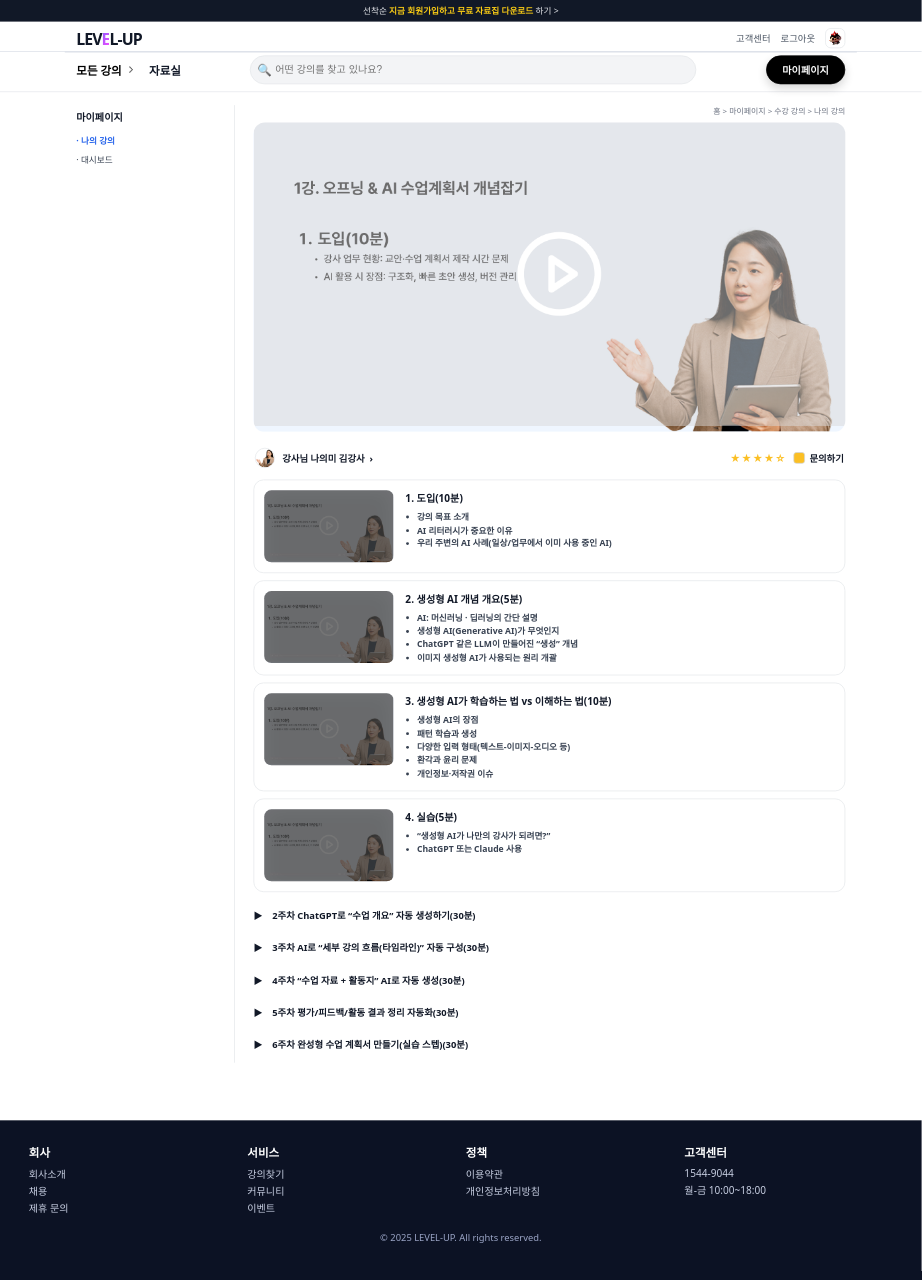
Repository: Iimchaehoon/level_up
Page: my_lecture.html
These files come from the project's save history. The page is drawn as it stood at one moment and after the next save; the edit follows.
The browser window is 1280 px wide. The pictures show the whole page, at 72% of full size.

Above is the page before, as saved 2025-12-16 23:33:31.

After the next save:
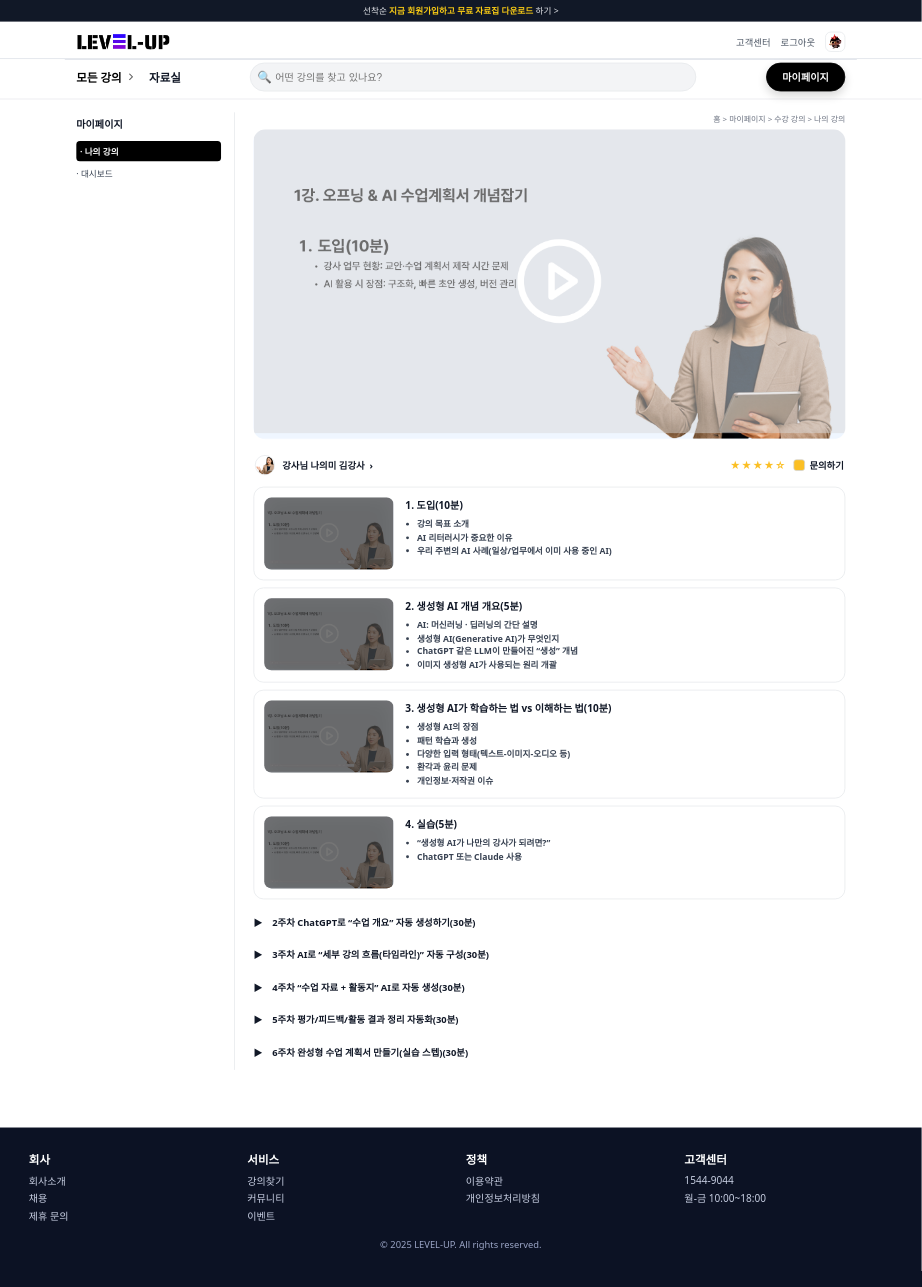
Saved 51 s later.
--- a/my_lecture.html
+++ b/my_lecture.html
@@ -158,7 +158,7 @@
     .side__group h4{ margin:0 0 8px; font-size:12px; font-weight:900; color:var(--black); }
     .side__links{ display:flex; flex-direction:column; gap:8px; font-size:12px; }
     .side__links a{ color:var(--gray-700); cursor:pointer; }
-    .side__links a.active{ color:var(--primary); font-weight:900; }
+    .side__links a.active{padding: 5px; color: white; background: black; font-weight:900; border-radius: 5px;}
 
     /* 메인 상단 breadcrumb */
     .main__crumb{ font-size:11px; color:var(--gray-500); text-align:right; margin:0 0 8px; }
@@ -396,7 +396,10 @@
   <header class="header" id="headerRoot">
     <div class="header-top">
       <div class="header-top__left">
-        <a href="index.html" class="brand">LEV<span class="brand__e">E</span>L-UP</a>
+         <a href="index.html" class="brand" id="brandLogo">
+  <img src="./assets/top_logo.png" alt="LEVEL-UP" width="130" height="40">
+</a>
+
       </div>
       <div class="header-top__right header-top__right--authed">
         <span class="nav-util">고객센터</span>
